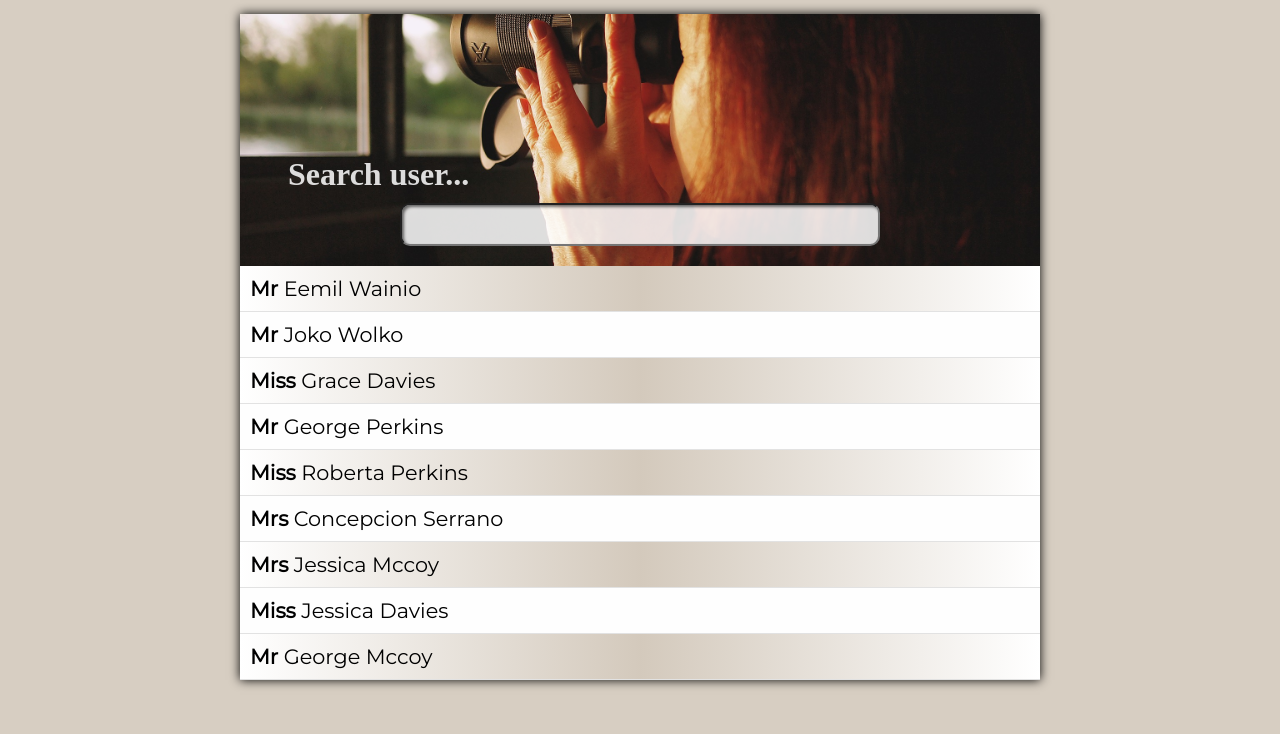
Repository: KrzysKolo/sr_tydzien5_zad4
Page: /
These files come from the project's save history. The page is drawn as it stood at one moment and after the next save; the edit follows.
The browser window is 1280 px wide. The pictures show the whole page.
Some web fonts or font styles are not loaded; a fallback is used. The project was rebuilt for these pictures with package versions that can differ from the ones it lists, and the page was loaded fresh each time.

Above is the page before, as saved 2021-01-03 06:25:32.

### public/index.html
<!DOCTYPE html>
<html lang="en">
  <head>
    <meta charset="utf-8" />
    <link rel="icon" href="%PUBLIC_URL%/favicon.ico" />
    <meta name="viewport" content="width=device-width, initial-scale=1" />
    <meta name="theme-color" content="#000000" />
    <meta
      name="description"
      content="Web site created using create-react-app"
    />
    <link rel="apple-touch-icon" href="%PUBLIC_URL%/logo192.png" />
    <!--
      manifest.json provides metadata used when your web app is installed on a
      user's mobile device or desktop. See https://developers.google.com/web/fundamentals/web-app-manifest/
    -->
    <link rel="manifest" href="%PUBLIC_URL%/manifest.json" />
    <!--
      Notice the use of %PUBLIC_URL% in the tags above.
      It will be replaced with the URL of the `public` folder during the build.
      Only files inside the `public` folder can be referenced from the HTML.

      Unlike "/favicon.ico" or "favicon.ico", "%PUBLIC_URL%/favicon.ico" will
      work correctly both with client-side routing and a non-root public URL.
      Learn how to configure a non-root public URL by running `npm run build`.
    -->
    <link rel="preconnect" href="https://fonts.gstatic.com">
<link href="https://fonts.googleapis.com/css2?family=Finger+Paint&family=Montserrat&family=Over+the+Rainbow&family=Peralta&display=swap" rel="stylesheet">
    <title>User search</title>
  </head>
  <body>
    <noscript>You need to enable JavaScript to run this app.</noscript>
    <div id="root"></div>
    <!--
      This HTML file is a template.
      If you open it directly in the browser, you will see an empty page.

      You can add webfonts, meta tags, or analytics to this file.
      The build step will place the bundled scripts into the <body> tag.

      To begin the development, run `npm start` or `yarn start`.
      To create a production bundle, use `npm run build` or `yarn build`.
    -->
  </body>
</html>

### src/App.js
import React from 'react';
import UsersContainer from './components/UsersContainer';
import Header from './components/Header';
import './App.css';


const App = () => {

  return (
    <section>
      <Header />
      <UsersContainer/>
    </section>
  )
}

export default App;

### src/components/UsersContainer.js
import React, { useState, useEffect } from 'react';


const UsersContainer = () => {

  const UsersAPI = '/users.json';

  const [ users, setUsers ] = useState([]);

  useEffect(() => {

    fetch(UsersAPI)
      .then(res => res.json())
      .then(data => {
        console.log(data.users);
        setUsers(data.users);
      })
    }, []);

    const user = users.map(user => (
      <li className="user" key={user.id}><b>{user.title}</b> {user.first} {user.last}</li>
    ))
    return (
        <ul>
					{user}
        </ul>
    )
}

export default UsersContainer;

### src/components/Header.js
import React from 'react';

const Header = () => {
    return (
        <div className="header__section">
            <h1 className="header__title">Search user...</h1>
            <div className="header__search-wrapper">
                <input className="header__search" type="text" />
            </div>
        </div>
    )
}

export default Header;

### src/App.css
* {
  box-sizing: border-box;
  padding: 0;
  margin: 0;
}
body {
  height: 100vh;
  width: 100vw;
  background-color: rgba(206, 194, 179, 0.8);
}
section {
  margin: 2vh auto;
  width: 70%;
  max-width: 800px;
  display: flex;
  flex-direction: column;
  box-shadow: 0 0 10px #000;
}
.header__section {
  height: 35vh;
  background-image: url("./images/girl.jpg");
  background-position: center;
  background-size: cover;
  display: flex;
  flex-direction: column;
  justify-content: flex-end;
}
.header__title {
  font-size: 2rem;
  font-family: "Peralta", cursive;
  margin: 0 auto 10px 3rem;
  color: rgba(255, 255, 255, 0.85);
}
.header__search-wrapper {
  width: 100%;
  margin-bottom: 20px;
  display: flex;
  justify-content: center;
}
.header__search {
  padding: 8px 10px;
  width: 60%;
  border-radius: 10px;
  background-color: rgba(255, 255, 255, 0.85);
  box-shadow: inset 2px 2px 3px 0px rgba(0, 0, 0, 0.55);
  font-size: 20px;
}
.user {
  font-size: 1.3rem;
  font-family: "Montserrat", sans-serif;
  padding: 10px;
  list-style: none;
  border-bottom: 1px solid rgb(226, 226, 226);
  background-color: #fefefe;
}
.user:nth-child(odd) {
  background: linear-gradient(
    90deg,
    rgba(255, 255, 255, 1) 0%,
    rgba(206, 194, 179, 0.4) 50%,
    rgba(255, 255, 255, 1) 100%
  );
}

### public/users.json
{
    "users": [
      {
        "id": 1,
        "title": "Mr",
        "first": "Eemil",
        "last": "Wainio"
       },
      {
        "id": 2,
        "title": "Mr",
        "first": "Joko",
        "last": "Wolko"
      },
      {
        "id": 3,
        "title": "Miss",
        "first": "Grace",
        "last": "Davies"
      },
      {
        "id": 4,
        "title": "Mr ",
        "first": "George ",
        "last": "Perkins"
      },
      {
        "id": 5,
        "title": "Miss",
        "first": "Roberta ",
        "last": "Perkins"
      },
      {
        "id": 6,
        "title": "Mrs ",
        "first": "Concepcion ",
        "last": "Serrano"
      },
      {
        "id": 7,
        "title": "Mrs ",
        "first": "Jessica ",
        "last": "Mccoy"
      },
      {
        "id": 8,
        "title": "Miss",
        "first": "Jessica",
        "last": "Davies"
      },
      {
        "id": 9,
        "title": "Mr",
        "first": "George",
        "last": "Mccoy"
      }
    ]
  }

Loaded but not shown: src/index.js (common file)

After the next save:
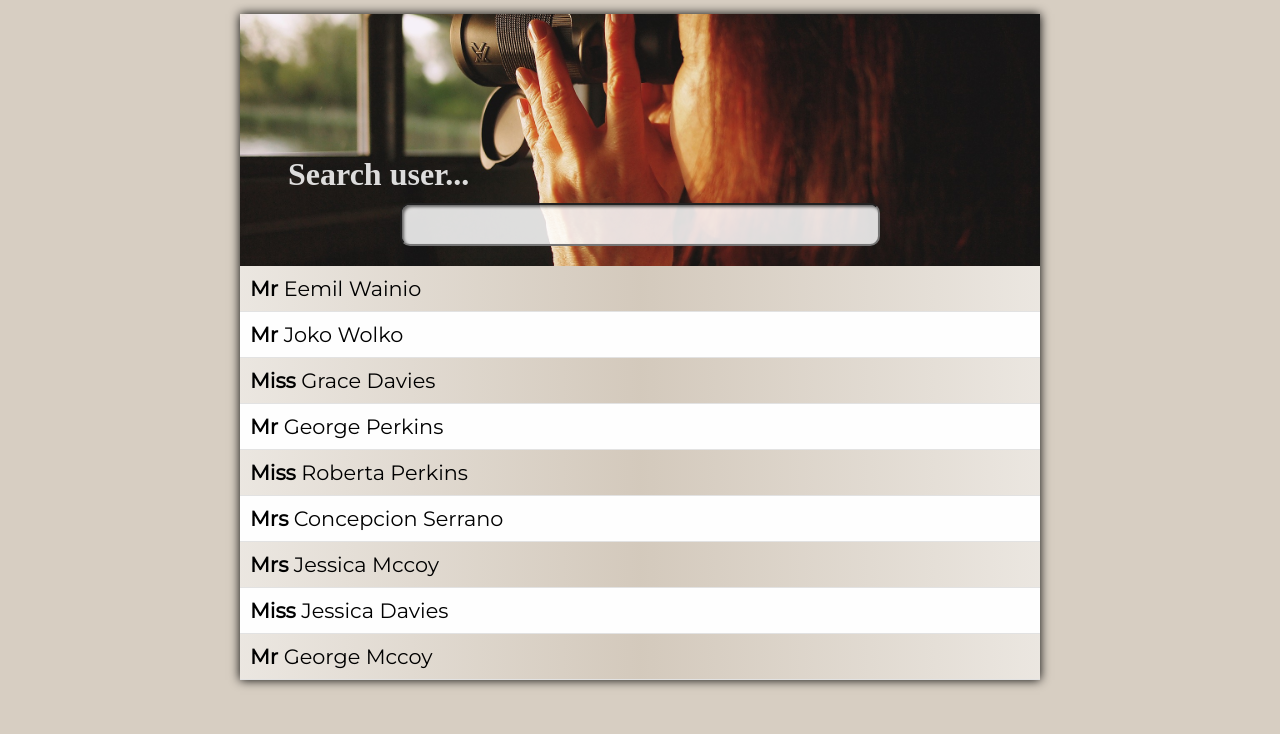
Saved 56 s later.
--- a/src/App.css
+++ b/src/App.css
@@ -56,8 +56,8 @@ section {
 .user:nth-child(odd) {
   background: linear-gradient(
     90deg,
-    rgba(255, 255, 255, 1) 0%,
+    rgba(255, 255, 255, 0.5) 0%,
     rgba(206, 194, 179, 0.4) 50%,
-    rgba(255, 255, 255, 1) 100%
+    rgba(255, 255, 255, 0.5) 100%
   );
 }
